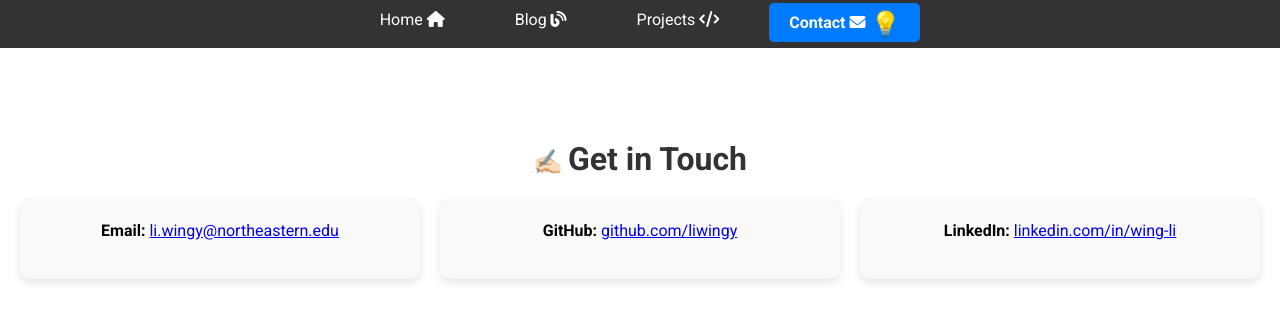
Repository: liwingy/cs5610_fall24_project1
Page: contact/index.html
The author's editor kept a copy of each file at every save. The page is drawn from the files as they stood at one save, then again after the next save.
The browser window is 1280 px wide. The pictures show the whole page.

Above is the page before, as saved 2024-10-07 23:50:00.

After the next save:
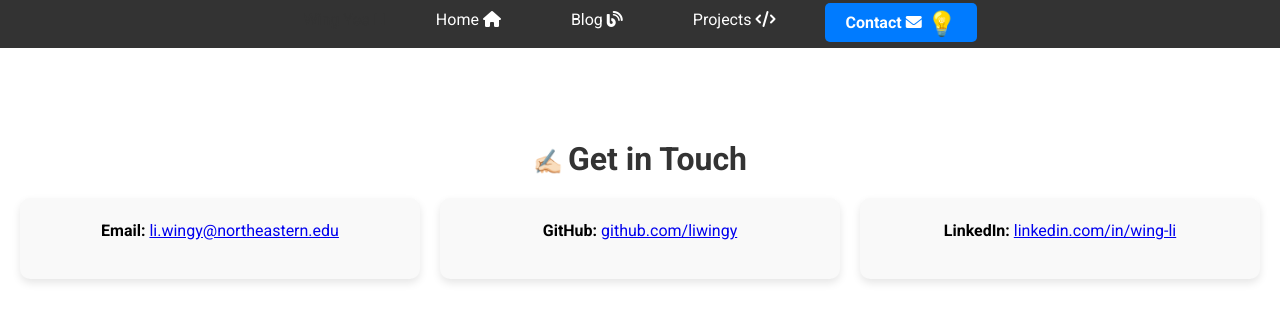
Saved 98 s later.
--- a/contact/index.html
+++ b/contact/index.html
@@ -11,6 +11,7 @@
 <body>
     <nav>
         <ul>
+            <li class="nav-title">Wing Yee Li</li>
             <li><a href="/cs5610_fall24_project1/">Home <i class="fas fa-home"></i></a></li>
             <li><a href="/cs5610_fall24_project1/blog/">Blog <i class="fas fa-blog"></i></a></li>
             <li><a href="/cs5610_fall24_project1/projects/">Projects <i class="fas fa-code"></i></a></li>
